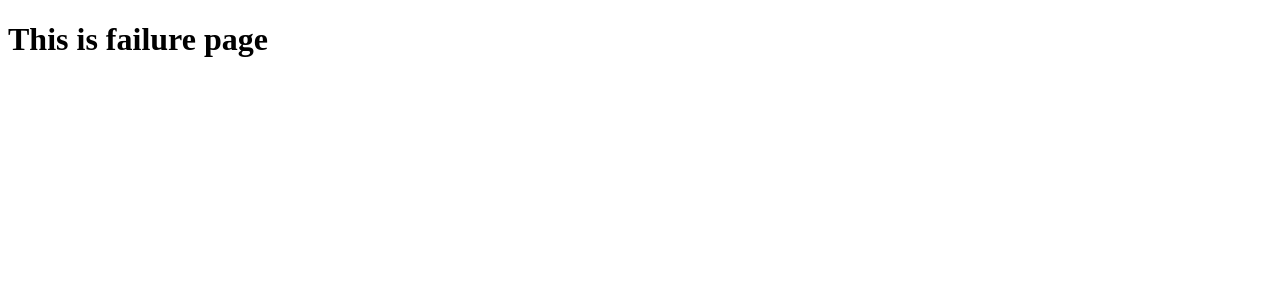
Repository: shruthik537/aemclass
Page: firstweb/src/main/webapp/failure.html
An editor plug-in stored every save of this project. The page is shown before and after the next save, followed by the edit.
The browser window is 1280 px wide. The pictures show the whole page.

Above is the page before, as saved 2021-09-27 16:21:07.

After the next save:
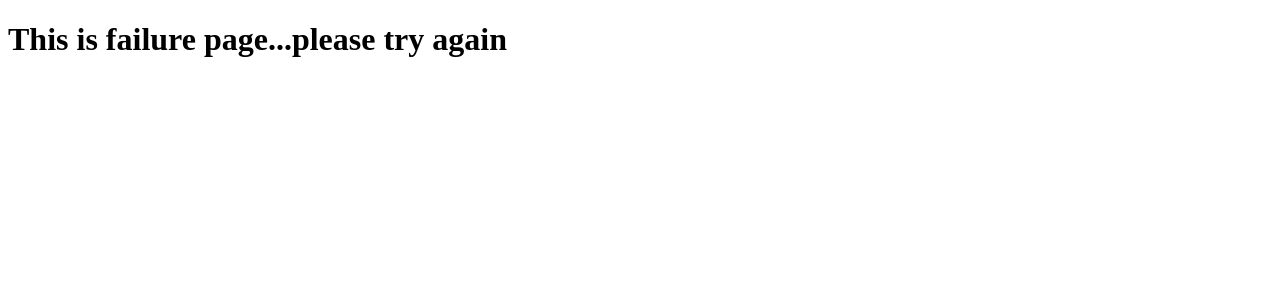
Saved 71 s later.
--- a/firstweb/src/main/webapp/failure.html
+++ b/firstweb/src/main/webapp/failure.html
@@ -5,6 +5,6 @@
 <title>Insert title here</title>
 </head>
 <body>
-<h1>This is failure page</h1>
+<h1>This is failure page...please try again</h1>
 </body>
 </html>
